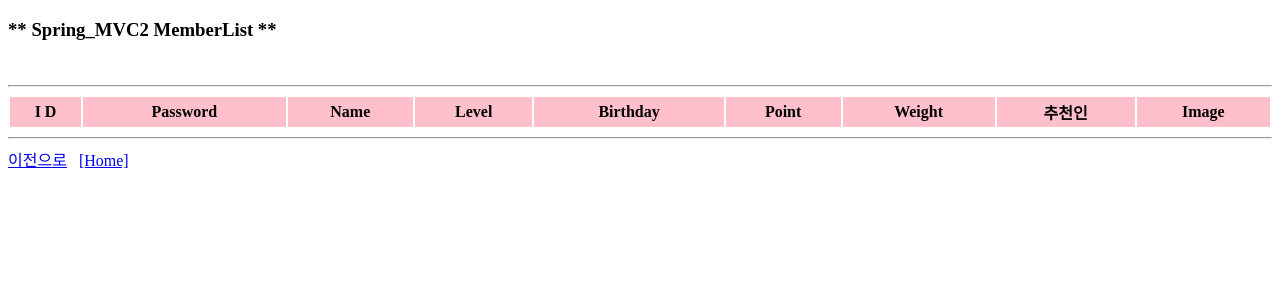
Repository: baekdongryeol/Dong
Page: http://localhost/Spring02/WEB-INF/views/axTest/axBoardList.jsp
These files come from the project's save history. The page is drawn as it stood at one moment and after the next save; the edit follows.
The browser window is 1280 px wide. The pictures show the whole page.
The page is served by Tomcat 9. Nobody is signed in. The template is opened directly, without the code that normally fills it, so the values that code supplies are empty.

Above is the page before, as saved 2022-01-04 01:45:29.

After the next save:
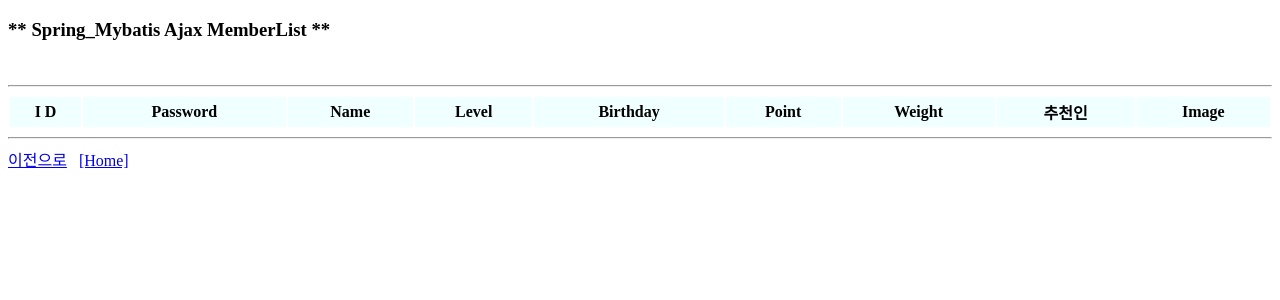
Saved 63 s later.
--- a/Spring02/src/main/webapp/WEB-INF/views/axTest/axBoardList.jsp
+++ b/Spring02/src/main/webapp/WEB-INF/views/axTest/axBoardList.jsp
@@ -5,17 +5,17 @@
 <html>
 <head>
 <meta charset="UTF-8">
-<title>Spring_MVC2 MemberList</title>
+<title>Spring_Mybatis Ajax MemberList</title>
 </head>
 <body>
-<h3>** Spring_MVC2 MemberList **</h3>
+<h3>** Spring_Mybatis Ajax MemberList **</h3>
 <br>
 <c:if test="${not empty message}">
 => ${message}<br>
 </c:if>
 <hr>
 <table width=100%>
-<tr height="30" bgcolor="pink">
+<tr height="30" bgcolor="Azure">
 	<th>I D</th><th>Password</th><th>Name</th><th>Level</th>
 	<th>Birthday</th><th>Point</th><th>Weight</th><th>추천인</th><th>Image</th>
 </tr>
